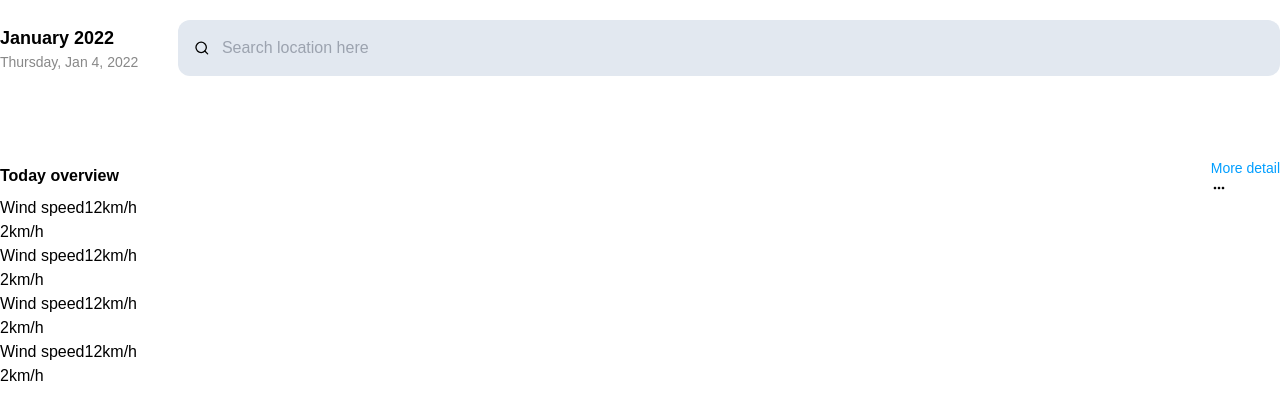
Repository: theweirdboiz/datawarehouse-ui
Page: /
The author's editor kept a copy of each file at every save. The page is drawn from the files as they stood at one save, then again after the next save.
The browser window is 1280 px wide. The pictures show the whole page.
The project was rebuilt for these pictures with package versions that can differ from the ones it lists, and the page was loaded fresh each time. Also part of the build but not shown: vite.config.js.

Above is the page before, as saved 2022-11-23 16:18:02.

After the next save:
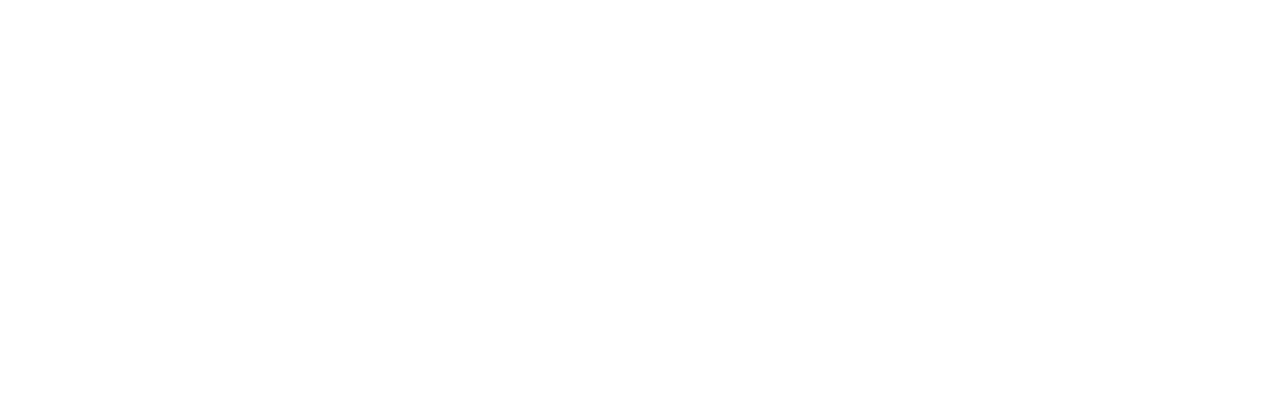
Console error (its wording comes from the project's code and is left out).
Saved 9 s later.
--- a/src/App.jsx
+++ b/src/App.jsx
@@ -1,6 +1,6 @@
 import { useState } from "react";
 import { FiSearch } from "react-icons/fi";
-import { MdOutlineMoreHoriz } from "react-icons/md";
+import { MdOutlineMoreHoriz } from "react-icons";
 
 function App() {
   const date = "font-[900] text-lg";

After the save that followed:
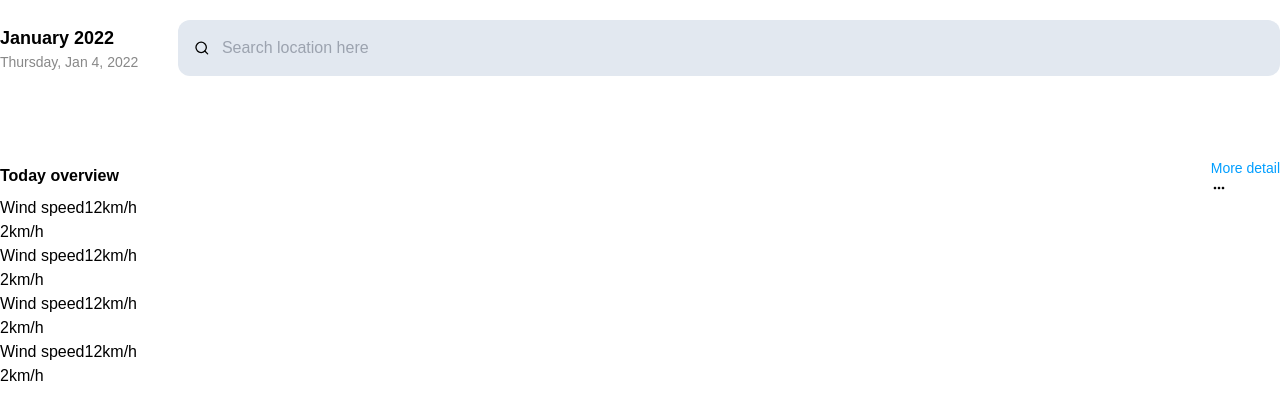
The error is gone.
Saved 19 s later.
--- a/src/App.jsx
+++ b/src/App.jsx
@@ -1,6 +1,6 @@
 import { useState } from "react";
 import { FiSearch } from "react-icons/fi";
-import { MdOutlineMoreHoriz } from "react-icons";
+import { MdOutlineMoreHoriz } from "react-icons/md";
 
 function App() {
   const date = "font-[900] text-lg";
